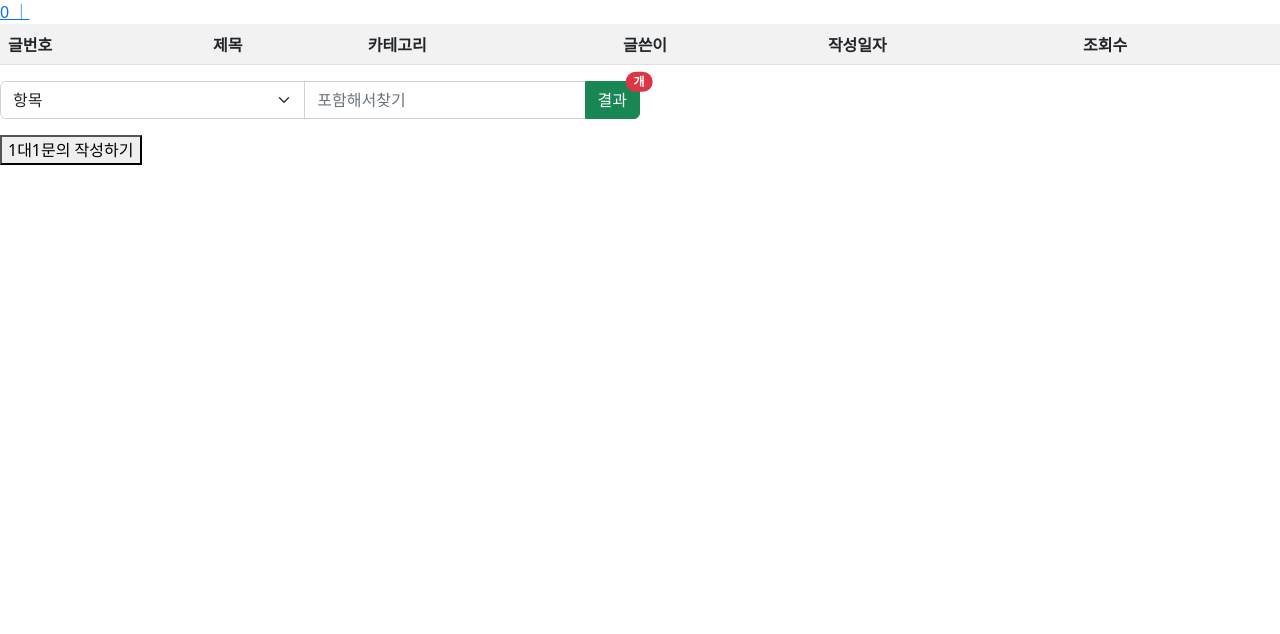
Repository: leehyeonung/project6
Page: http://localhost/book/WEB-INF/views/board/list.jsp
The author's editor kept a copy of each file at every save. The page is drawn from the files as they stood at one save, then again after the next save.
The browser window is 1280 px wide. The pictures show the whole page.
The page is served by Tomcat 9. Nobody is signed in. The template is opened directly, without the code that normally fills it, so the values that code supplies are empty.

Above is the page before, as saved 2023-01-06 03:59:46.

After the next save:
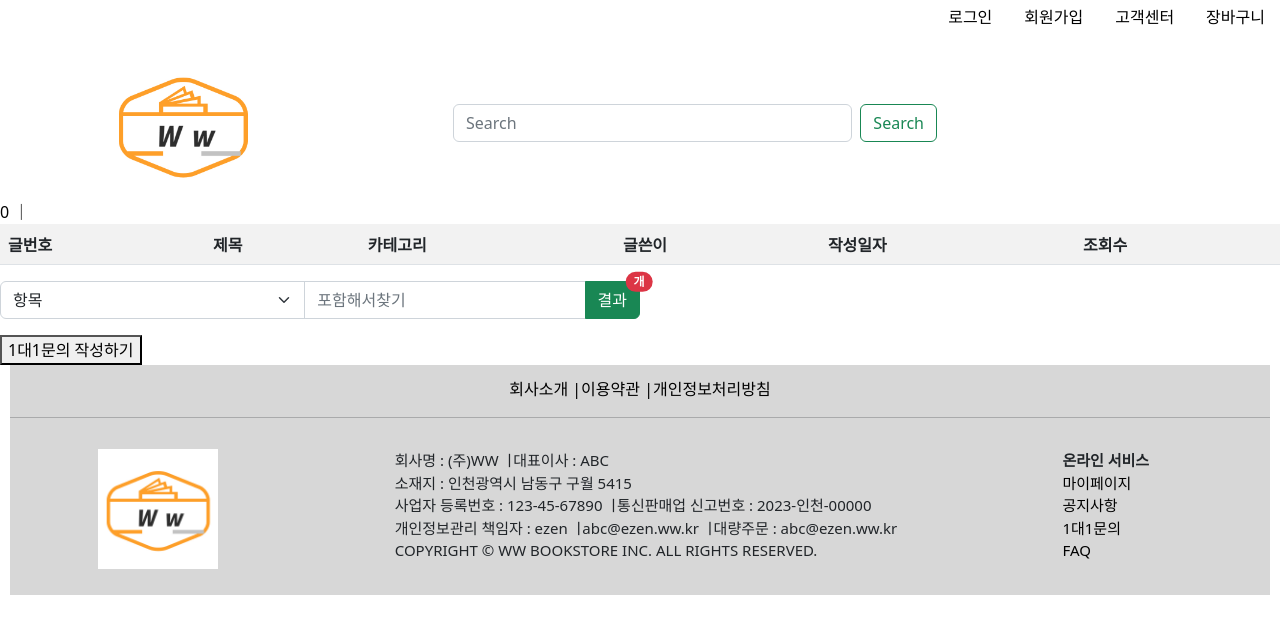
Saved 5 min 47 s later.
--- a/book/src/main/webapp/WEB-INF/views/board/list.jsp
+++ b/book/src/main/webapp/WEB-INF/views/board/list.jsp
@@ -10,7 +10,7 @@
 <title>Insert title here</title>
 </head>
 <body>
-
+<jsp:include page="../layout/header.jsp"></jsp:include>
 
 	<table class="table table-striped">
 			<tr>
@@ -103,5 +103,6 @@
 	</form>
 	</div>
 <a href="/board/register"><button>1대1문의 작성하기</button></a>
+<jsp:include page="../layout/footer.jsp"></jsp:include>
 </body>
 </html>
